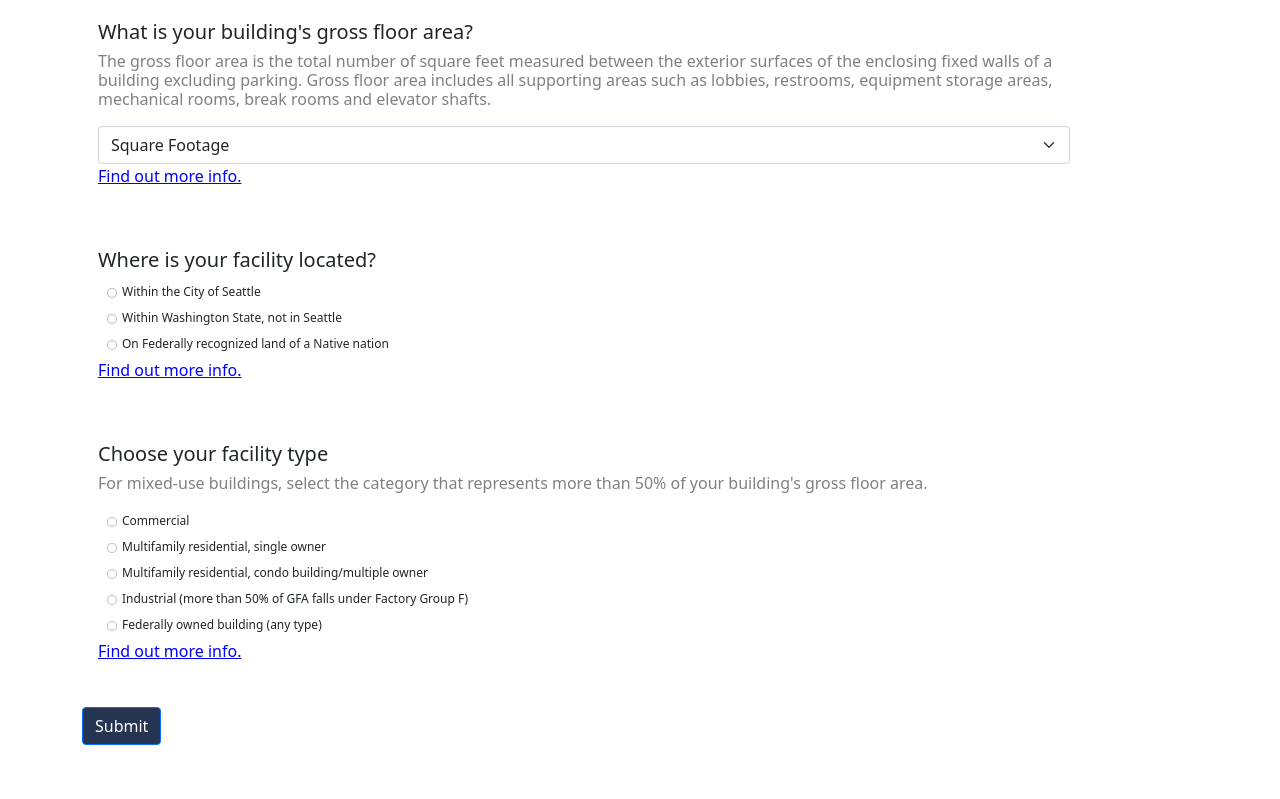
Repository: ChaidGPT/SershonSystemsQuiz
Page: index.html
These files come from the project's save history. The page is drawn as it stood at one moment and after the next save; the edit follows.
The browser window is 1280 px wide. The pictures show the whole page.

Above is the page before, as saved 2023-07-13 13:35:28.

After the next save:
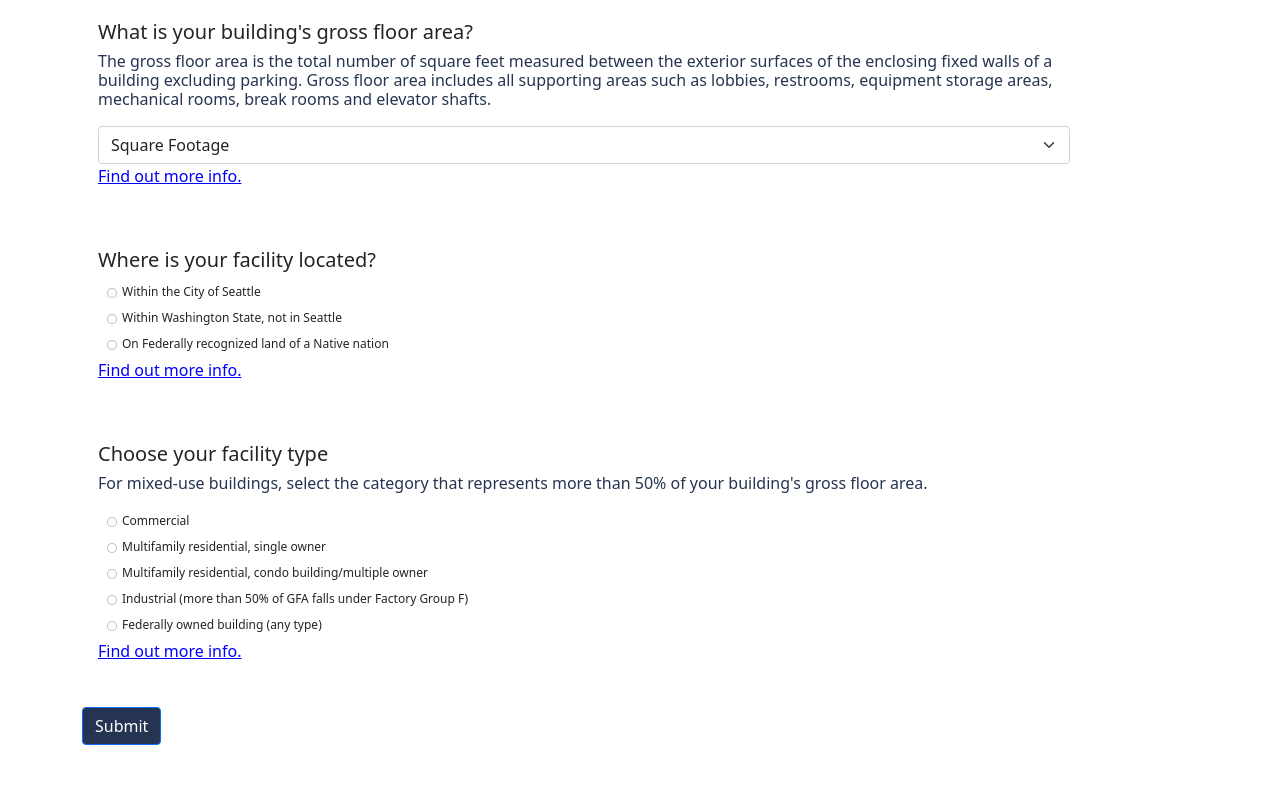
Saved 18 s later.
--- a/index.html
+++ b/index.html
@@ -55,7 +55,7 @@
   text-align: justify;
   font-size: 12px;
 }
-p {
+.card p {
   color: #253551;
 }
 
